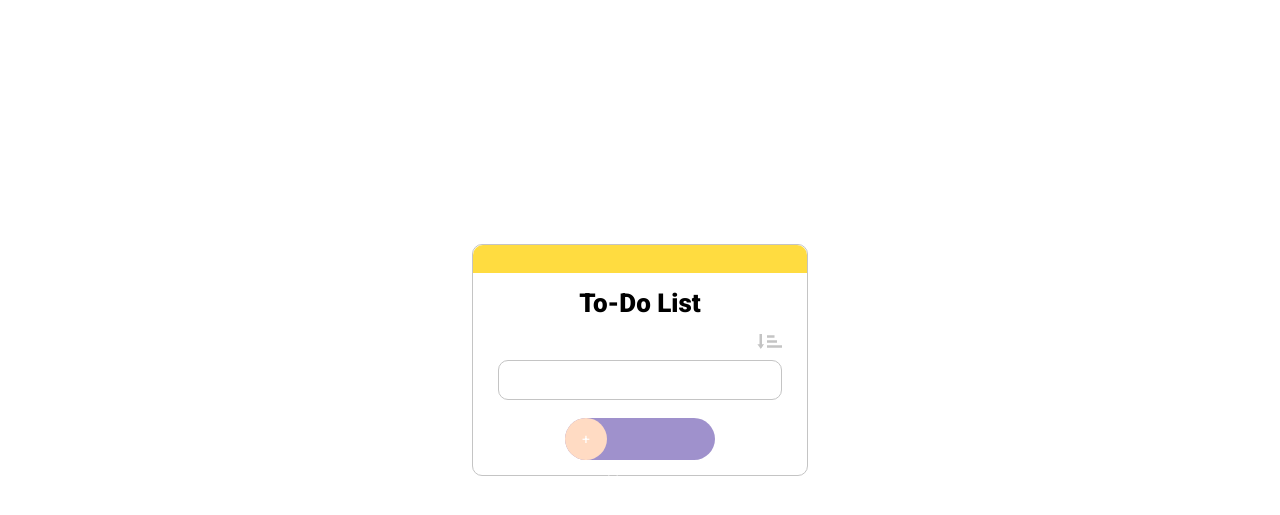
Repository: PoladEziz/Task-15
Page: index.html
The author's editor kept a copy of each file at every save. The page is drawn from the files as they stood at one save, then again after the next save.
The browser window is 1280 px wide. The pictures show the whole page.
The style sheet was rebuilt from its Sass, Less or Tailwind sources for each picture, by a compiler version that may differ from the author's.

Above is the page before, as saved 2023-08-10 15:42:14.

### index.html
<!DOCTYPE html>
<html lang="en">
<head>
    <meta charset="UTF-8">
    <meta name="viewport" content="width=device-width, initial-scale=1.0">
    <title>Document</title>
    <link rel="stylesheet" href="./index.css">
</head>
<body>
    <div class="main">
        <div class="box">
            <div class="box-top"></div>
            <div class="box-bottom">
                <h1>To-Do List</h1>
                <form action="">
                    <img src="./img/Group 38 (1).png" alt="">
                    <input type="text">
                    <button><div>+</div><p>Добавить</p></button>

                </form>

            </div>
        </div>
    </div>

</body>
<script src="./index.js"></script>
</html>

### index.scss
@import url("https://fonts.googleapis.com/css2?family=Roboto:wght@400;900&display=swap");
* {
  margin: 0;
  padding: 0;
  box-sizing: border-box;
}
.main {
  width: 100%;
  height: 100vh;
  display: flex;
  align-items: center;
  justify-content: center;
  .box {
    width: 336px;
    /* min-height: 236px; */
    border-radius: 10px;
    border: 1px solid #c4c4c4;
    background: rgba(196, 196, 196, 0);
    .box-top {
      width: 100%;
      height: 28px;
      background-color: #ffdc40;
      border-top-left-radius: 10px;
      border-top-right-radius: 10px;
    }
    .box-bottom {
      width: 100%;
      padding: 15px 25px;

      h1 {
        margin-bottom: 16px;
        color: #000;
        text-align: center;
        font-family: Roboto;
        font-size: 26px;
        font-style: normal;
        font-weight: 900;
        line-height: normal;
        text-transform: capitalize;
      }
      form{
        display: flex;
        flex-direction: column;
        align-items: center;
        img {
          width: 25px;
          height: 15px;
          margin-left: auto;
          margin-bottom: 11px;
        }
        input {
          width: 100%;
          height: 40px;
          margin-bottom: 18px;
          border-radius: 10px;
          border: 1px solid #c4c4c4;
          background: rgba(196, 196, 196, 0);
          color: #000;
          font-family: Roboto;
          font-size: 14px;
          font-style: normal;
          font-weight: 400;
          line-height: normal;
        }
        button {
          width: 150px;
          height: 42px;
          background-color: #9f91cc;
          border: none;
          border-radius: 71px;
          p {
            color: #fff;
            text-align: center;
            font-family: Roboto;
            font-size: 14px;
            font-style: normal;
            font-weight: 400;
            line-height: normal;
          }
          div {
            width: 42px;
            height: 42px;
            border-radius: 50%;
            background-color: #ffdbc3;
            display: flex;
            align-items: center;
            justify-content: center;
            color: #fff;
            text-align: center;
            font-family: Roboto;
            font-size: 14px;
            font-style: normal;
            font-weight: 400;
            line-height: normal;
          }
        }
      }

    }
  }
}

Loaded but not shown: index.js (no stored copy; drawn as an empty file)

After the next save:
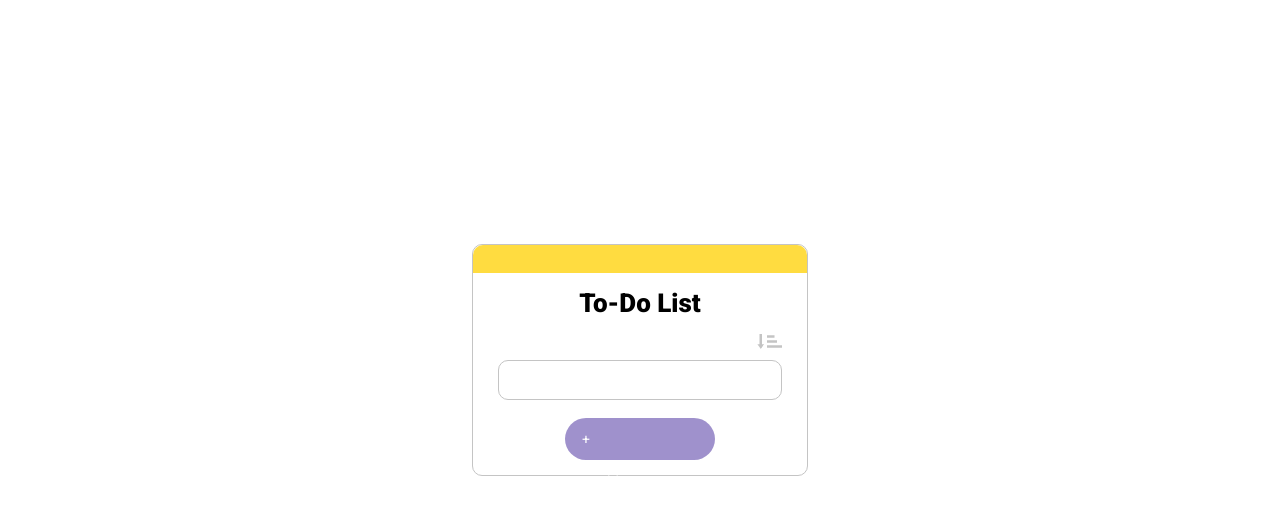
Saved 16 s later.
--- a/index.scss
+++ b/index.scss
@@ -81,7 +81,6 @@
             width: 42px;
             height: 42px;
             border-radius: 50%;
-            background-color: #ffdbc3;
             display: flex;
             align-items: center;
             justify-content: center;
